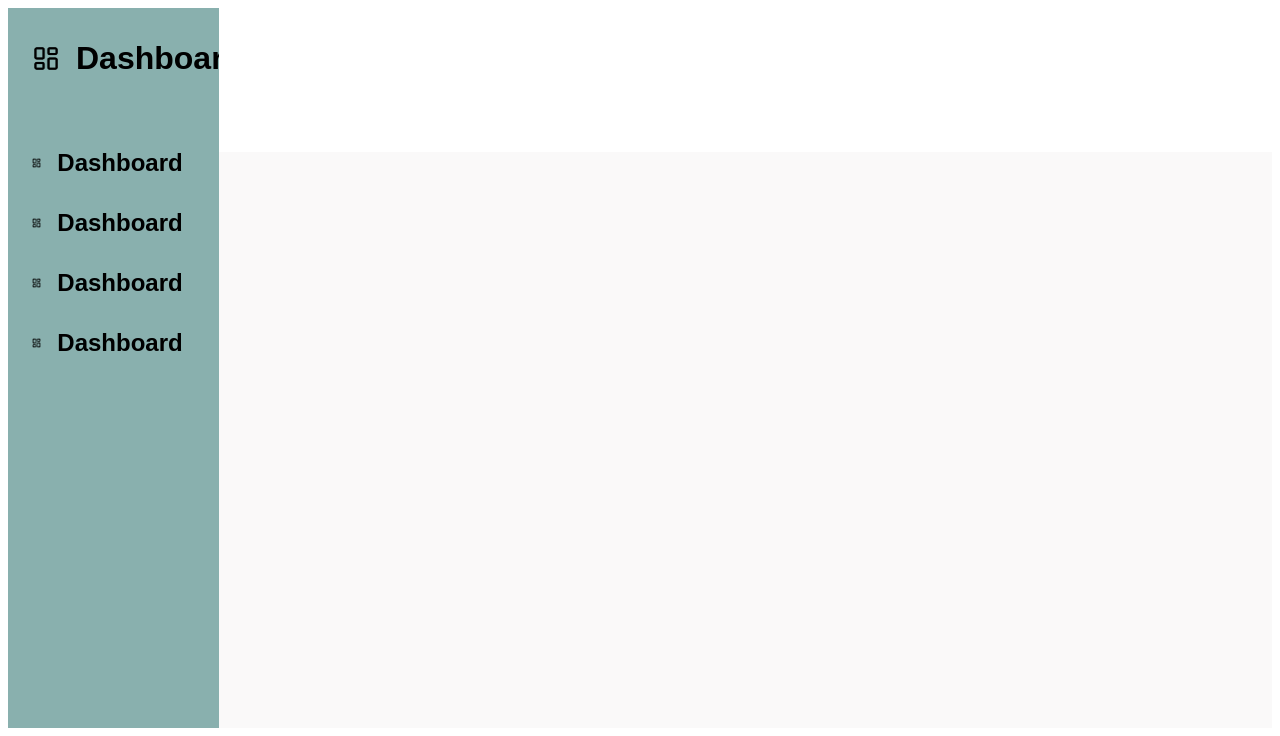
Repository: yeetzpxoci/dashboard
Page: index.html
These files come from the project's save history. The page is drawn as it stood at one moment and after the next save; the edit follows.
The browser window is 1280 px wide. The pictures show the whole page.

Above is the page before, as saved 2023-02-17 19:09:17.

### index.html
<!DOCTYPE html>
<html lang="en">
<head>
    <meta charset="UTF-8">
    <meta http-equiv="X-UA-Compatible" content="IE=edge">
    <meta name="viewport" content="width=device-width, initial-scale=1.0">
    <link rel="stylesheet" type="text/css" href="styles.css" />
    <title>Dashboard</title>
</head>
<body>
    <div class="sidebar">
        <div class="logo">
            <img src="dashboard-layout.png">
            <p>Dashboard</p>
        </div>

        <div class="icon-container">
            <div class="icon">
                <img src="dashboard-layout.png">
                <p>Dashboard</p>
            </div>

            <div class="icon">
                <img src="dashboard-layout.png">
                <p>Dashboard</p>
            </div>

            <div class="icon">
                <img src="dashboard-layout.png">
                <p>Dashboard</p>
            </div>

            <div class="icon">
                <img src="dashboard-layout.png">
                <p>Dashboard</p>
            </div>
        </div>
    </div>

    <div class="header">

    </div>

    <div class="main-content">

    </div>
</body>
</html>

### styles.css
body {
    min-height: 100vh;
    display: grid;
    grid-template-columns: 1fr 5fr;
    grid-template-rows: 1fr 4fr;
    font-family: Arial, Helvetica, sans-serif;
}

.sidebar {
    background-color: #89B0AE;
    grid-column: 1 / 2;
    grid-row: 1 / 3;
    display: flex;
    flex-direction: column;
    align-items: flex-start;
    gap: 32px;
    padding-left: 24px;
}

.icon-container {
    display: flex;
    flex-direction: column;
}

.logo, .icon {
    display: flex;
    align-items: center;
    font-weight: bold;
    gap: 16px;
}

.logo {
    font-size: 32px;
}

.icon {
    margin-top: -16px;
    font-size: 24px;
}

.logo img {
    width: 15%;
}

.icon img {
    width: 5%;
}

.header {
    background-color: white;
    grid-column: 2 / 3;
    grid-row: 1 / 2;
}

.main-content {
    background-color: #FAF9F9;
    grid-column: 2 / 3;
    grid-row: 2 / 3;
}

After the next save:
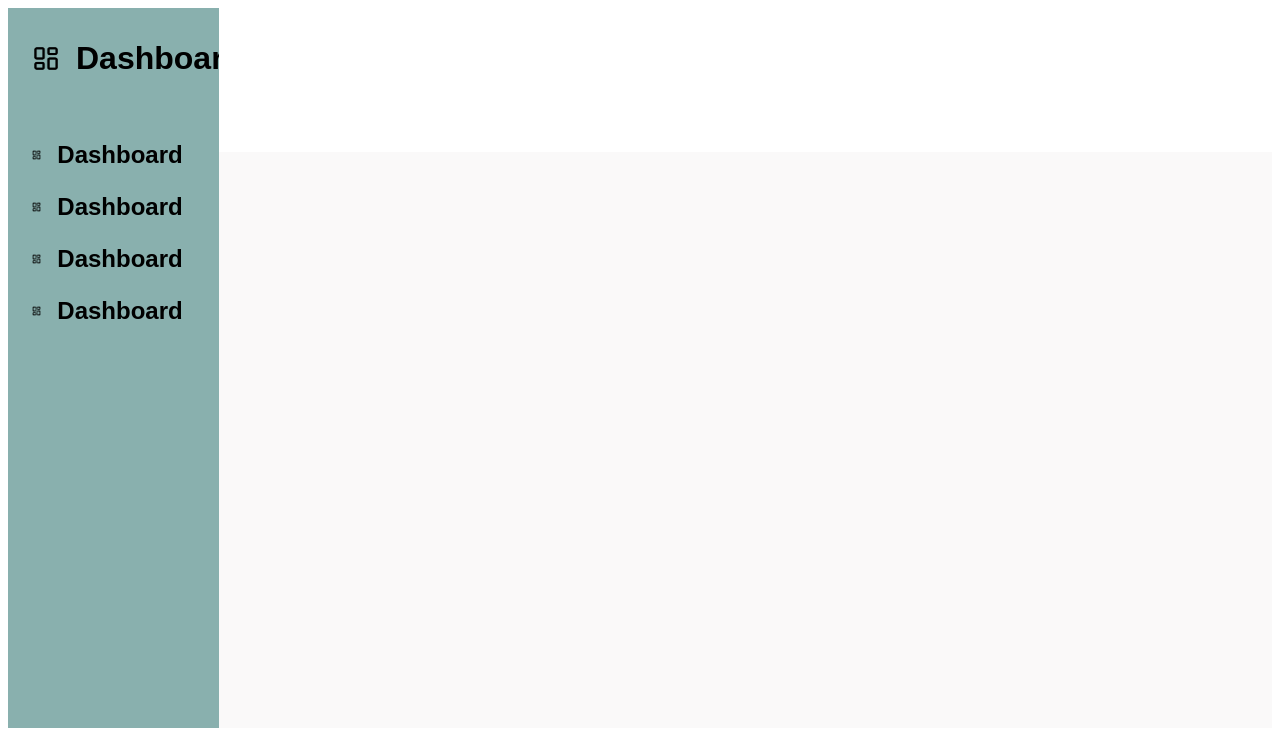
Saved 8 s later.
--- a/styles.css
+++ b/styles.css
@@ -34,7 +34,7 @@ body {
 }
 
 .icon {
-    margin-top: -16px;
+    margin-top: -24px;
     font-size: 24px;
 }
 
